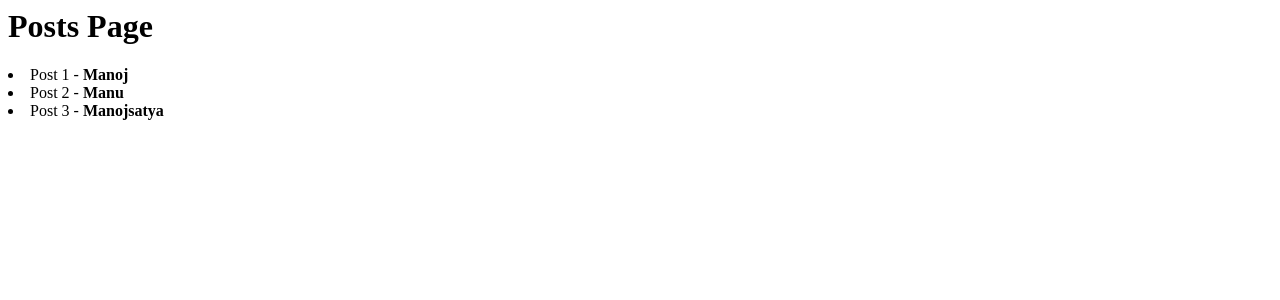
Repository: manojsatya/Web_development
Page: http://localhost/posts
An editor plug-in stored every save of this project. The page is shown before and after the next save, followed by the edit.
The browser window is 1280 px wide. The pictures show the whole page.
The page is served by the project's Node server (app.js).

Above is the page before, as saved 2019-06-12 16:14:33.

After the next save:
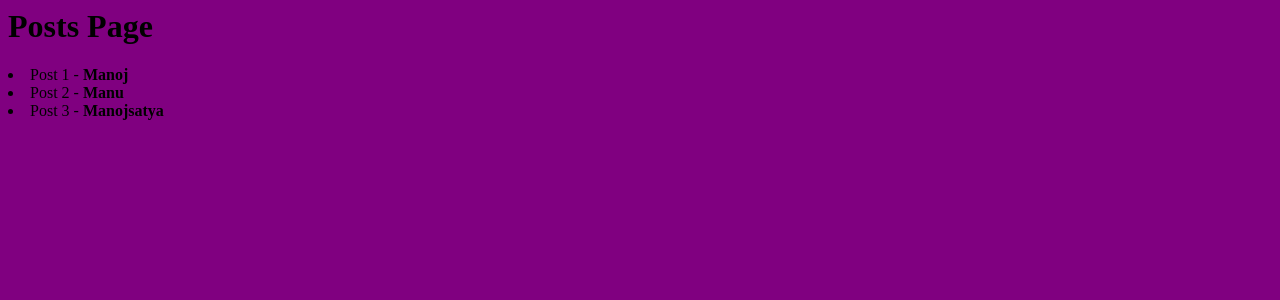
Saved 36 min 35 s later.
--- a/bootcamp/EJSDemo/views/posts.ejs
+++ b/bootcamp/EJSDemo/views/posts.ejs
@@ -1,3 +1,9 @@
+<style>
+    body{
+        background: purple;
+    }
+</style>
+
 <h1>Posts Page</h1>
 
 <% for(var i = 0; i < posts.length; i++){ %>

After the save that followed:
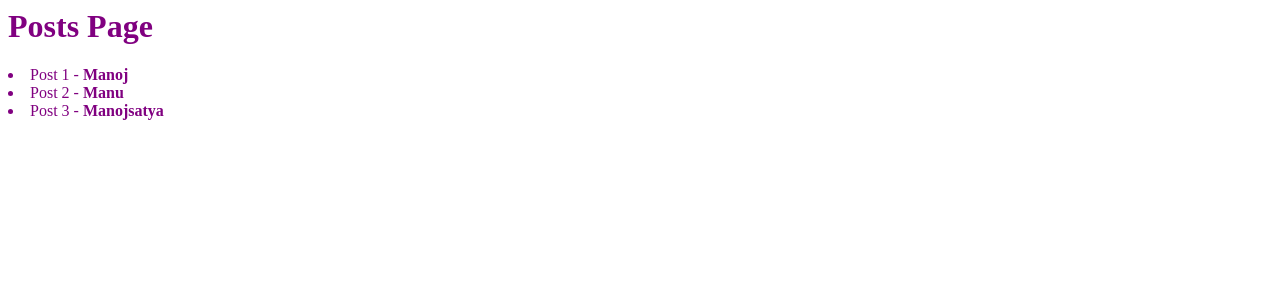
Saved 10 s later.
--- a/bootcamp/EJSDemo/views/posts.ejs
+++ b/bootcamp/EJSDemo/views/posts.ejs
@@ -1,6 +1,6 @@
 <style>
     body{
-        background: purple;
+        color: purple;
     }
 </style>
 
